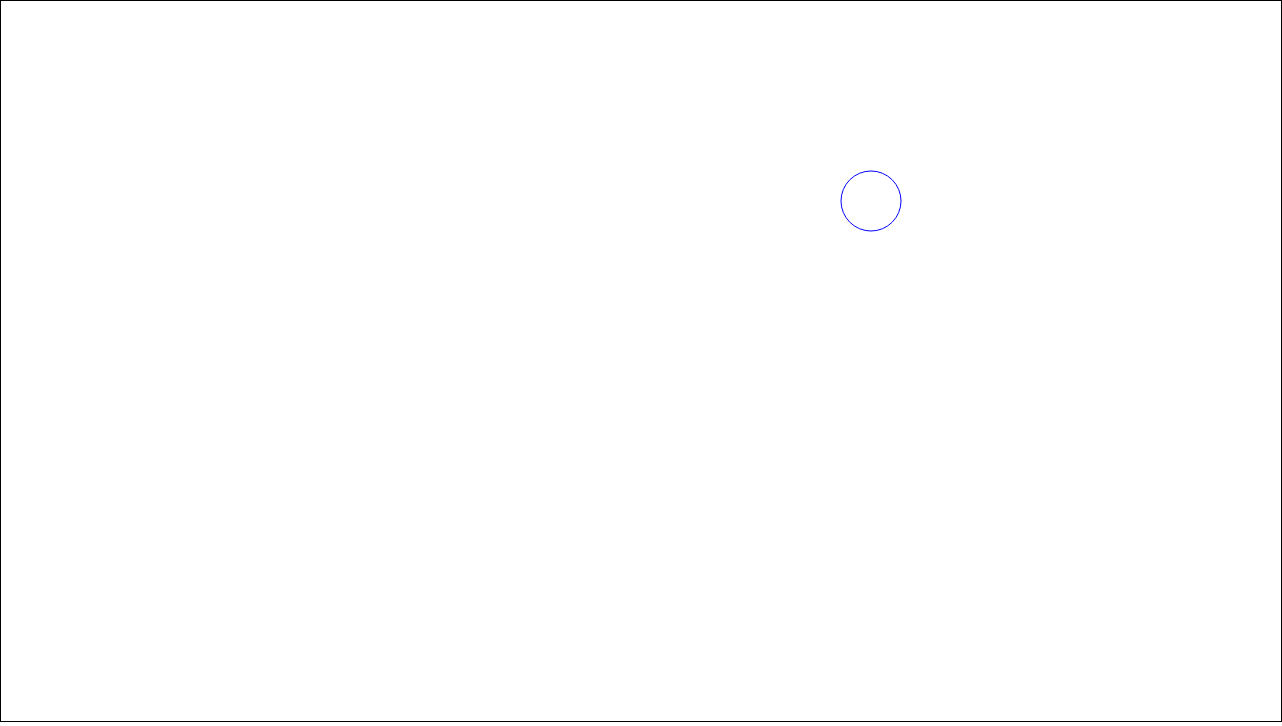
Repository: msminsu/study-canvas
Page: canvas/index.html
These files come from the project's save history. The page is drawn as it stood at one moment and after the next save; the edit follows.
The browser window is 1280 px wide. The page is 1282 px wide, so the pictures cover 1282 px, including what lies to the right of the window. The pictures show the whole page.

Above is the page before, as saved 2018-11-23 10:57:03.

### canvas/index.html
<!DOCTYPE html>
<html lang="en">
<head>
    <meta charset="UTF-8">
    <title>Document</title>
    <style>
        body{
            margin: 0;
        }
        canvas{
            width:100%;
            height: 100vh;
            border:1px solid black

        }
    </style>
</head>
<body>
    <canvas></canvas>
</body>
<script>
    var canvas = document.querySelector('canvas');
    canvas.width = window.innerWidth;
    canvas.height = window.innerHeight;

    var c = canvas.getContext('2d');

    // c.fillRect(100,100, 20, 20);


    /* c.beginPath();
    c.arc(200,200,30, 0, Math.PI * 2, false);
    c.strokeStyle = 'blue';
    c.stroke(); */


var x = 200;
var dx = 5;
    function animate(){
        requestAnimationFrame(animate);
        c.clearRect(0, 0, innerWidth, innerHeight);

        c.beginPath();
        c.arc(x,200,30, 0, Math.PI * 2, false);
        c.strokeStyle = 'blue';
        c.stroke();

        if( x > innerWidth){
            dx = -dx;
        }
        x+= dx;
    }

animate();

</script>
</html>

After the next save:
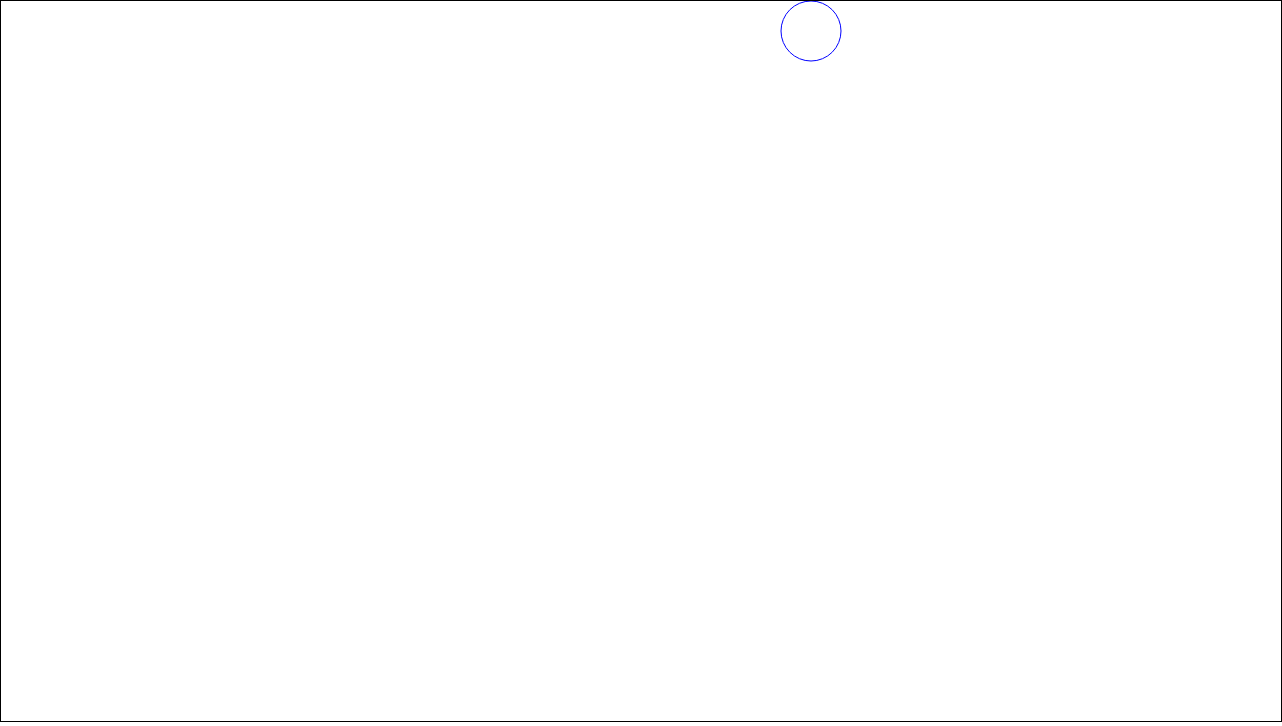
Saved 36 s later.
--- a/canvas/index.html
+++ b/canvas/index.html
@@ -36,16 +36,17 @@
 
 var x = 200;
 var dx = 5;
+var radius = 30;
     function animate(){
         requestAnimationFrame(animate);
         c.clearRect(0, 0, innerWidth, innerHeight);
 
         c.beginPath();
-        c.arc(x,200,30, 0, Math.PI * 2, false);
+        c.arc(x,radius,30, 0, Math.PI * 2, false);
         c.strokeStyle = 'blue';
         c.stroke();
 
-        if( x > innerWidth){
+        if( x + radius > innerWidth){
             dx = -dx;
         }
         x+= dx;
